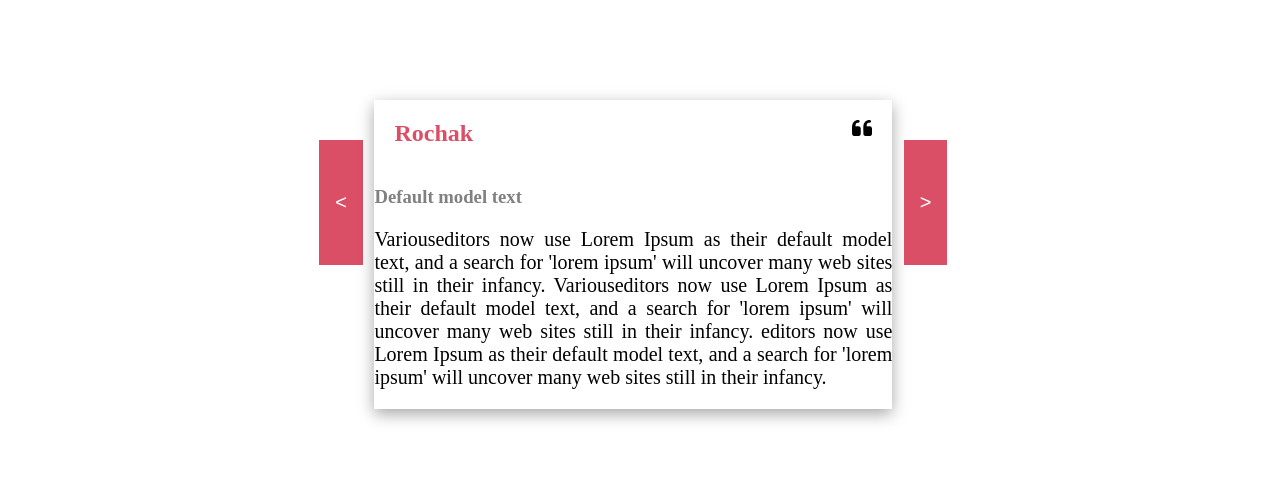
Repository: AVINKUMARP/gifts
Page: demo2.html
An editor plug-in stored every save of this project. The page is shown before and after the next save, followed by the edit.
The browser window is 1280 px wide. The pictures show the whole page.

Above is the page before, as saved 2023-08-24 14:23:09.

After the next save:
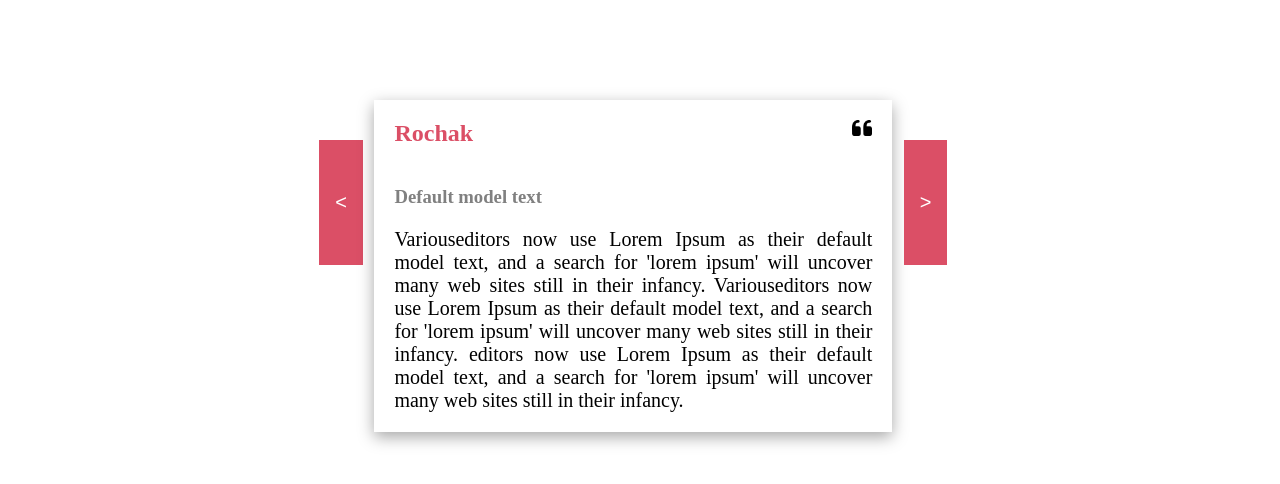
Saved 61 s later.
--- a/demo2.html
+++ b/demo2.html
@@ -58,10 +58,12 @@
         }
         .cpara h3{
             text-align: start;
+            padding: 0 20px;
         }
         .cpara p{
             text-align: justify;
             font-size: 20px;
+            padding: 0 20px;
         }
         .cicon{
             padding-top: 20px;
